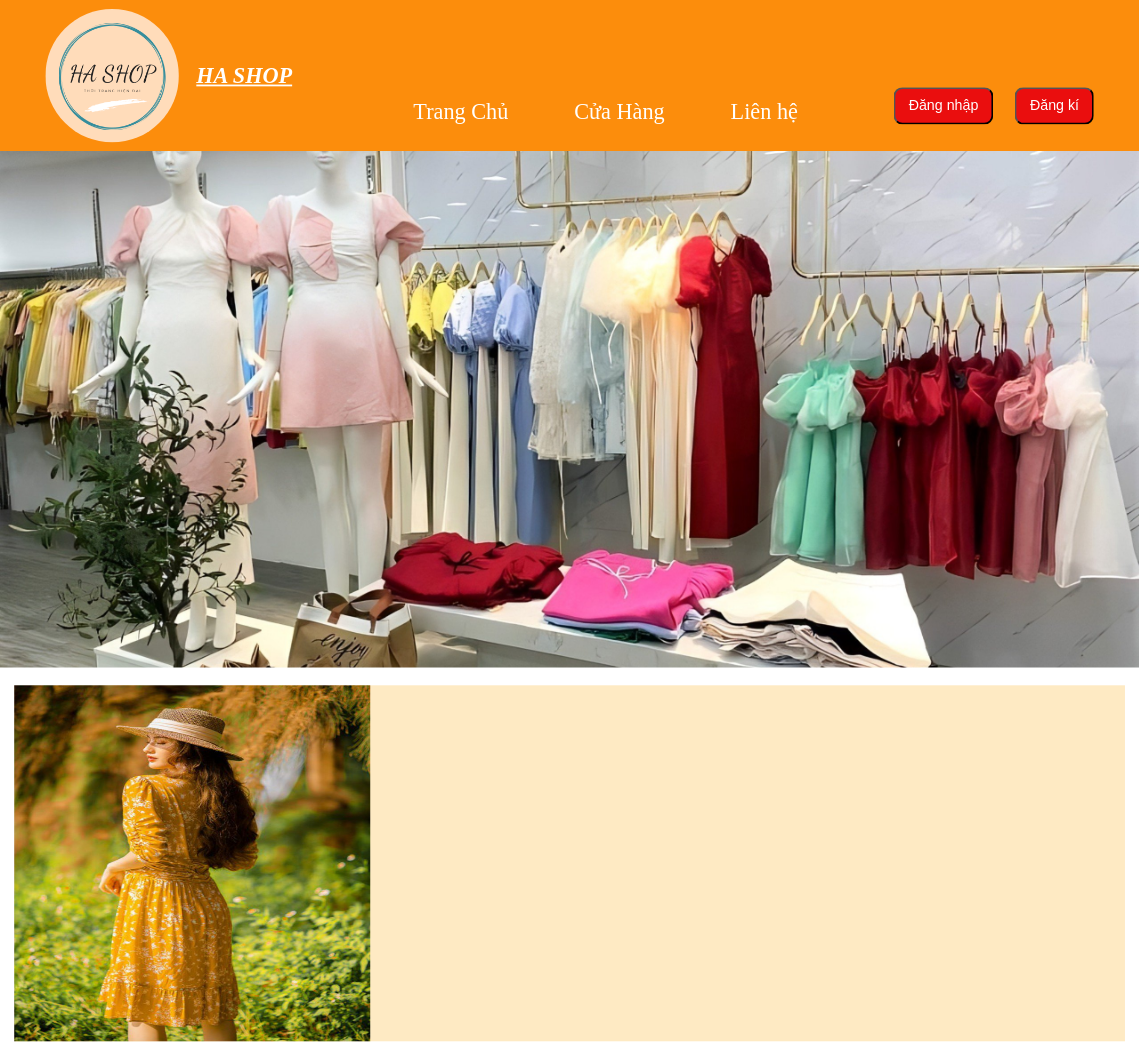
Repository: manhhieu120499/demo_page
Page: trangchu.html
These files come from the project's save history. The page is drawn as it stood at one moment and after a run of saves; the edit follows.
The browser window is 1280 px wide. The pictures show the whole page, at 89% of full size.

Above is the page before, as saved 2023-03-04 10:40:06.

After the next 2 saves:
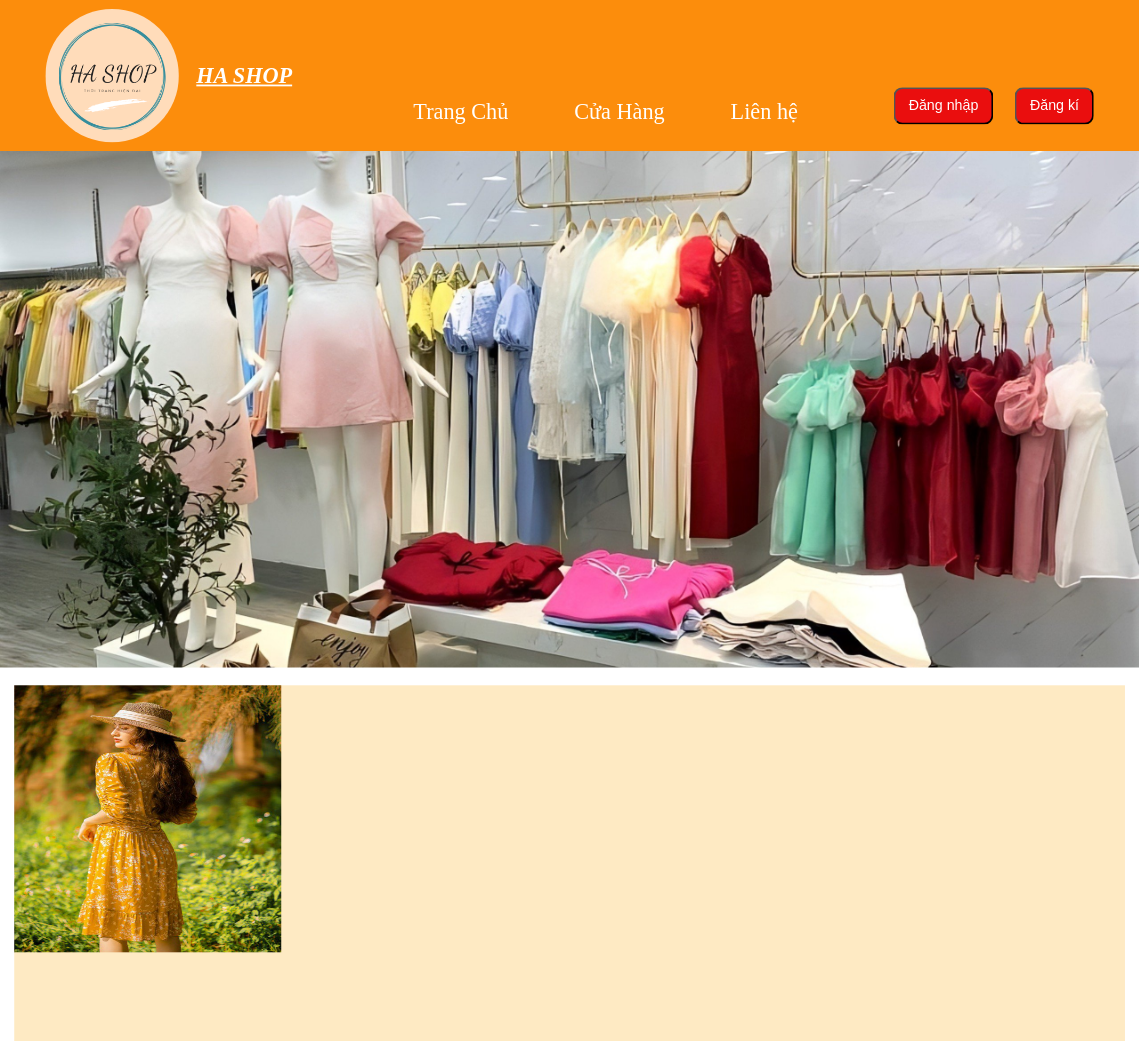
The 2 saves are shown as one change because they came seconds apart.
The last was saved 6 s later.
--- a/style_trangchu.css
+++ b/style_trangchu.css
@@ -84,6 +84,6 @@
 }
 
 .left_picture img{
-    width: 400px;
-    height: 400px;
+    width: 300px;
+    height: 300px;
 }
